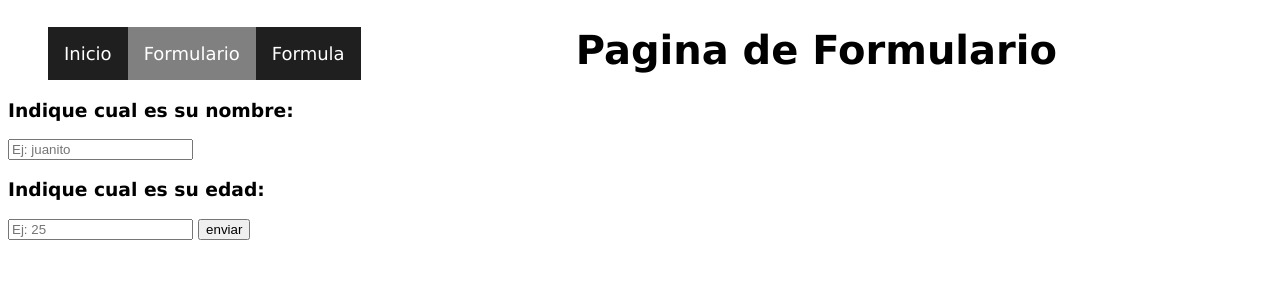
Repository: misterySnow94/tutoriales
Page: pagina basica/formulario.html
These files come from the project's save history. The page is drawn as it stood at one moment and after the next save; the edit follows.
The browser window is 1280 px wide. The pictures show the whole page.

Above is the page before, as saved 2019-11-03 23:51:43.

### pagina basica/formulario.html
<!DOCTYPE html>
<html lang="en">
<head>
    <meta charset="UTF-8">
    <meta name="viewport" content="width=device-width, initial-scale=1.0">
    <meta http-equiv="X-UA-Compatible" content="ie=edge">
    <title>inicio</title>
    <link rel="stylesheet" href="css/style.css">
</head>
<body>
    <nav>
        <ul>
            <li><a href="index.html"> Inicio </a></li>
            <li class="active"><a href="formulario.html">Formulario</a></li>
            <li><a href="formula.html">Formula</a></li>
        </ul>
    </nav>

    <div class="contenido">
        <h1>Pagina de Formulario</h1>

        <form action="">
            <label for="nombre">
                <h3>Indique cual es su nombre:</h3>
                <input type="text" placeholder="Ej: juanito" name="nombre">
            </label>
            <label for="edad">
                <h3>Indique cual es su edad:</h3>
                <input type="number" placeholder="Ej: 25" name="edad">
            </label>
            <button>enviar</button>
        </form>
    </div>
</body>
</html>

### pagina basica/css/style.css
body{
    font-family: 'Lucida Sans', 'Lucida Sans Regular', 'Lucida Grande', 'Lucida Sans Unicode', Geneva, Verdana, sans-serif;
}

li{
    float: left;
    list-style: none;
    padding: 16px;
    background-color: rgb(31, 31, 31);
}

.active{
    background-color: gray;
}

li:hover{
    background-color: gray;
}

a{
    color: white;
    text-decoration: none;
    font-size: 18px;
}

h1{
    text-align: center;
    font-size: 40px;
}

form{

}

After the next save:
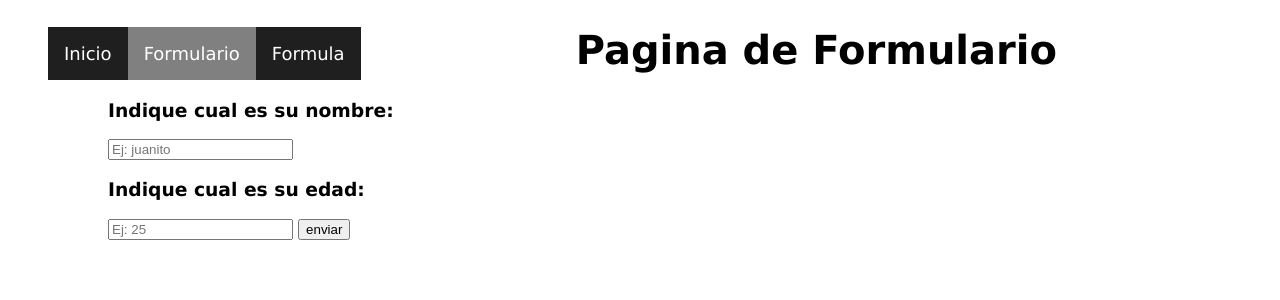
Saved 10 s later.
--- a/pagina basica/css/style.css
+++ b/pagina basica/css/style.css
@@ -29,5 +29,5 @@ h1{
 }
 
 form{
-
+    margin-left: 100px;
 }
